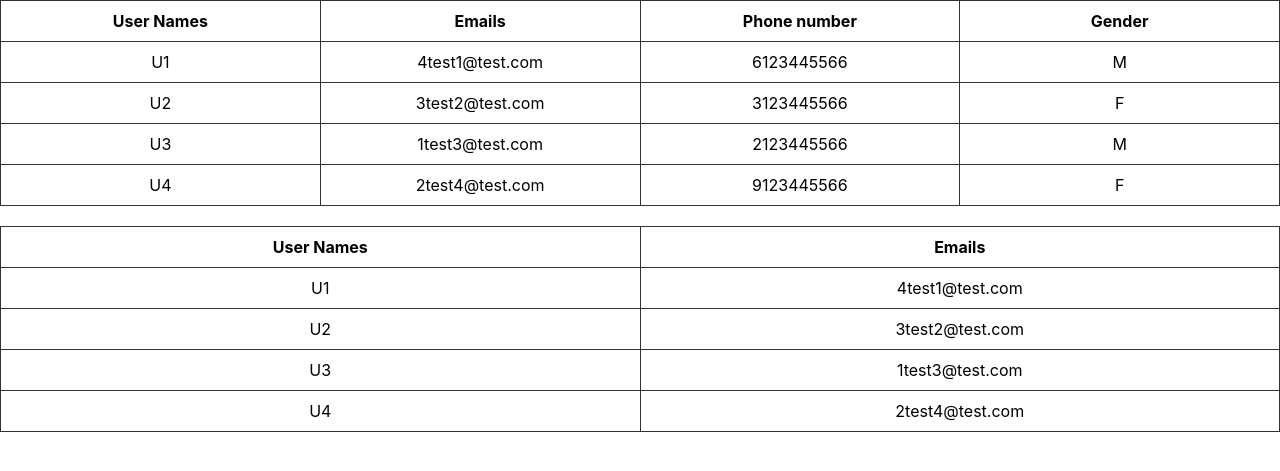
Repository: mayank-tavisca/dynamic-grids
Page: /
These files come from the project's save history. The page is drawn as it stood at one moment and after the next save; the edit follows.
The browser window is 1280 px wide. The pictures show the whole page.
The project was rebuilt for these pictures with package versions that can differ from the ones it lists, and the page was loaded fresh each time.

Above is the page before, as saved 2020-02-04 12:10:37.

### src/App.tsx
import React from "react";
import logo from "./logo.svg";
import "./App.css";
import DynamicGrid from "./dynamic-grid/dynamicGrid";

const Data1 = {
  headers: [
    { label: "User Names", value: "username" },
    { label: "Emails", value: "email" },
    { label: "Phone number", value: "number" },
    { label: "Gender", value: "gender" }
  ],
  tableData: [
    {
      username: "U1",
      email: "4test1@test.com",
      number: 6123445566,
      gender: "M"
    },
    {
      username: "U2",
      email: "3test2@test.com",
      number: 3123445566,
      gender: "F"
    },
    {
      username: "U3",
      email: "1test3@test.com",
      number: 2123445566,
      gender: "M"
    },
    {
      username: "U4",
      email: "2test4@test.com",
      number: 9123445566,
      gender: "F"
    }
  ],
  styles: {},
  pagination: {},
  sorting: {}
};

const Data2 = {
  headers: [
    { label: "User Names", value: "username" },
    { label: "Emails", value: "email" }
  ],
  tableData: [
    {
      username: "U1",
      email: "4test1@test.com"
    },
    {
      username: "U2",
      email: "3test2@test.com"
    },
    {
      username: "U3",
      email: "1test3@test.com"
    },
    {
      username: "U4",
      email: "2test4@test.com"
    }
  ],
  styles: {},
  pagination: {},
  sorting: {}
};

const App = () => {
  return (
    <div className="App">
      <DynamicGrid data={Data1} />
      <br />
      <DynamicGrid data={Data2} />
    </div>
  );
};

export default App;

### src/dynamic-grid/dynamicGrid.tsx
import React, { FC, useEffect, useState } from "react";
import Style from "./dynamicGrid.module.scss";
import { sortDataByAscending, sortDataByDescending } from "../shared/utils";

interface IProps {
  data: any;
}

enum PaginationLocation {
  TOP,
  BOTTOM
}

enum SortOrder {
  ASCENDING,
  DESCENDING
}

interface IPagination {
  showPagination: boolean;
  defaultRowsCount: number;
  activePane: number;
  position: PaginationLocation;
}

interface ITableConfig {
  rows: number;
  cols: number;
  headerData: any;
  data: any;
  pagination: IPagination;
}

const DynamicGrid: React.FC<IProps> = ({ data }) => {
  const [tableConfig, setTableConfig]: any = useState({
    rows: 0,
    cols: 0,
    defaultRowCount: 5,
    pagination: false
  });

  const [tableData, setTableData]: any = useState([]);
  const [headers, setHeaders] = useState([]);

  const [sortOrder, setSortOrder] = useState();
  const [previousSortCriteria, setPreviousSortCriteria] = useState();
  //   let tableConfig: ITableConfig = ;

  useEffect(() => {
    parseData();
  }, []);

  const parseData = () => {
    tableConfig.rows = data.tableData.length;
    tableConfig.cols = Object.keys(data.tableData).length;

    setHeaders(data.headers);
    setTableData(data.tableData);
    setTableConfig(tableConfig);
  };

  const renderHeader = () => {
    return (
      <div className={Style.tableRow}>
        {headers.map((item: any) => {
          return (
            <span
              onClick={() => {
                sortTable(item.value);
              }}
              className={`${Style.tableCell} ${Style.tableHeader}`}
            >
              {item.label}
            </span>
          );
        })}
      </div>
    );
  };

  const renderRow = (data: any) => {
    return Object.keys(data).map(key => {
      return <span className={`${Style.tableCell}`}>{data[key]}</span>;
    });
  };

  const renderData = () => {
    return tableData.map((item: any) => {
      return <div className={Style.tableRow}>{renderRow(item)}</div>;
    });
  };

  const evaluateSortOrder = sortCriteria => {
    if (previousSortCriteria !== sortCriteria) {
      setSortOrder(SortOrder.ASCENDING);
    } else if (sortOrder === SortOrder.ASCENDING) {
      setSortOrder(SortOrder.DESCENDING);
    } else if (sortOrder === SortOrder.DESCENDING) {
      setSortOrder(SortOrder.ASCENDING);
    }
  };

  const sortTable = (sortCriteria: string) => {
    let temp = tableData.map(e => Object.assign({}, e));

    evaluateSortOrder(sortCriteria);

    if (sortOrder === SortOrder.DESCENDING) {
      temp = sortDataByDescending(temp, sortCriteria);
    } else {
      temp = sortDataByAscending(temp, sortCriteria);
    }

    setPreviousSortCriteria(sortCriteria);
    setTableData(temp);
  };

  return (
    <div>
      <div className={Style.table}>
        {renderHeader()}
        {renderData()}
      </div>
    </div>
  );
};

export default DynamicGrid;

### src/dynamic-grid/dynamicGrid.module.scss
.table {
  display: flex;
  flex-direction: column;
  border: 1px solid #333;

  .tableRow {
    display: flex;
    flex-direction: row;
    border-bottom: 1px solid #333;

    .tableCell {
      border-right: 1px solid #333;
      flex: 1 0 0;
      padding: 10px 24px;
    }

    .tableCell:last-child {
      border-right: none;
    }

    .tableHeader {
      font-weight: bold;
    }
  }
  .tableRow:last-child {
    border-bottom: none;
  }
}

### src/shared/utils.ts
export const sortDataByAscending = (data: any[], sortCriteria: string) => {
    data = data.sort((a: any, b: any) => {
        if (a[sortCriteria] < b[sortCriteria]) {
            return -1;
        } else if (a[sortCriteria] > b[sortCriteria]) {
            return 1;
        } else {
            return 0;
        }
    });
    return data;
}

export const sortDataByDescending = (data: any[], sortCriteria: string) => {
    data = data.sort((a: any, b: any) => {
        if (a[sortCriteria] < b[sortCriteria]) {
            return 1;
        } else if (a[sortCriteria] > b[sortCriteria]) {
            return -1;
        } else {
            return 0;
        }
    });
    return data;
}

Loaded but not shown: public/index.html (common file); src/index.tsx (common file); src/index.css (common file); src/serviceWorker.ts (common file); src/App.css (common file)

After the next save:
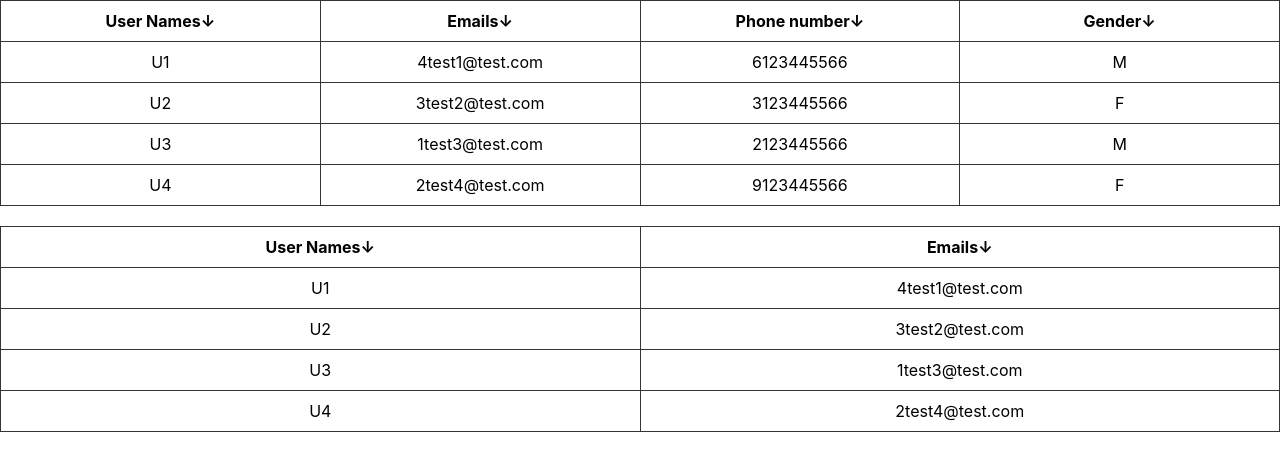
Saved 3 min 53 s later.
--- a/src/dynamic-grid/dynamicGrid.tsx
+++ b/src/dynamic-grid/dynamicGrid.tsx
@@ -43,7 +43,7 @@
   const [headers, setHeaders] = useState([]);
 
   const [sortOrder, setSortOrder] = useState();
-  const [previousSortCriteria, setPreviousSortCriteria] = useState();
+  const [sortCriteria, setSortCriteria] = useState();
   //   let tableConfig: ITableConfig = ;
 
   useEffect(() => {
@@ -71,6 +71,11 @@
               className={`${Style.tableCell} ${Style.tableHeader}`}
             >
               {item.label}
+              {sortOrder === SortOrder.ASCENDING ? (
+                <span>&#8593;</span>
+              ) : (
+                <span>&#8595;</span>
+              )}
             </span>
           );
         })}
@@ -91,7 +96,7 @@
   };
 
   const evaluateSortOrder = sortCriteria => {
-    if (previousSortCriteria !== sortCriteria) {
+    if (sortCriteria !== sortCriteria) {
       setSortOrder(SortOrder.ASCENDING);
     } else if (sortOrder === SortOrder.ASCENDING) {
       setSortOrder(SortOrder.DESCENDING);
@@ -111,7 +116,7 @@
       temp = sortDataByAscending(temp, sortCriteria);
     }
 
-    setPreviousSortCriteria(sortCriteria);
+    setSortCriteria(sortCriteria);
     setTableData(temp);
   };
 

After the 6 saves that followed:
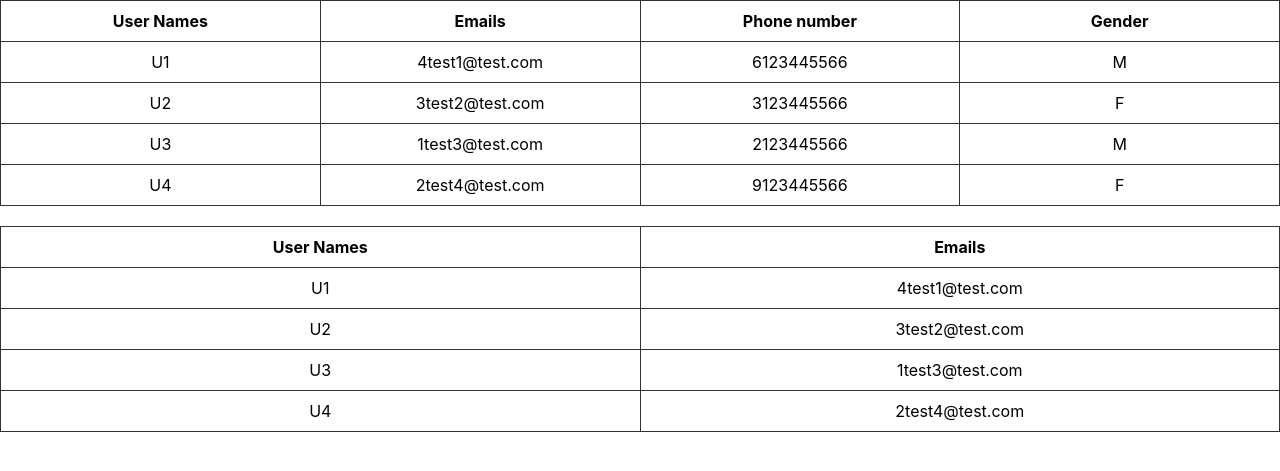
The 6 saves are shown as one change because 2 did not build or start and 3 left the picture as it was.
The last was saved 3 min 24 s later.
--- a/src/dynamic-grid/dynamicGrid.tsx
+++ b/src/dynamic-grid/dynamicGrid.tsx
@@ -43,7 +43,7 @@
   const [headers, setHeaders] = useState([]);
 
   const [sortOrder, setSortOrder] = useState();
-  const [sortCriteria, setSortCriteria] = useState();
+  const [currentSortCriteria, setCurrentSortCriteria] = useState();
   //   let tableConfig: ITableConfig = ;
 
   useEffect(() => {
@@ -71,10 +71,14 @@
               className={`${Style.tableCell} ${Style.tableHeader}`}
             >
               {item.label}
-              {sortOrder === SortOrder.ASCENDING ? (
-                <span>&#8593;</span>
+              {currentSortCriteria === item.value ? (
+                sortOrder === SortOrder.ASCENDING ? (
+                  <span>&#8593;</span>
+                ) : (
+                  <span>&#8595;</span>
+                )
               ) : (
-                <span>&#8595;</span>
+                ""
               )}
             </span>
           );
@@ -96,7 +100,7 @@
   };
 
   const evaluateSortOrder = sortCriteria => {
-    if (sortCriteria !== sortCriteria) {
+    if (currentSortCriteria !== sortCriteria) {
       setSortOrder(SortOrder.ASCENDING);
     } else if (sortOrder === SortOrder.ASCENDING) {
       setSortOrder(SortOrder.DESCENDING);
@@ -116,7 +120,7 @@
       temp = sortDataByAscending(temp, sortCriteria);
     }
 
-    setSortCriteria(sortCriteria);
+    setCurrentSortCriteria(sortCriteria);
     setTableData(temp);
   };
 
